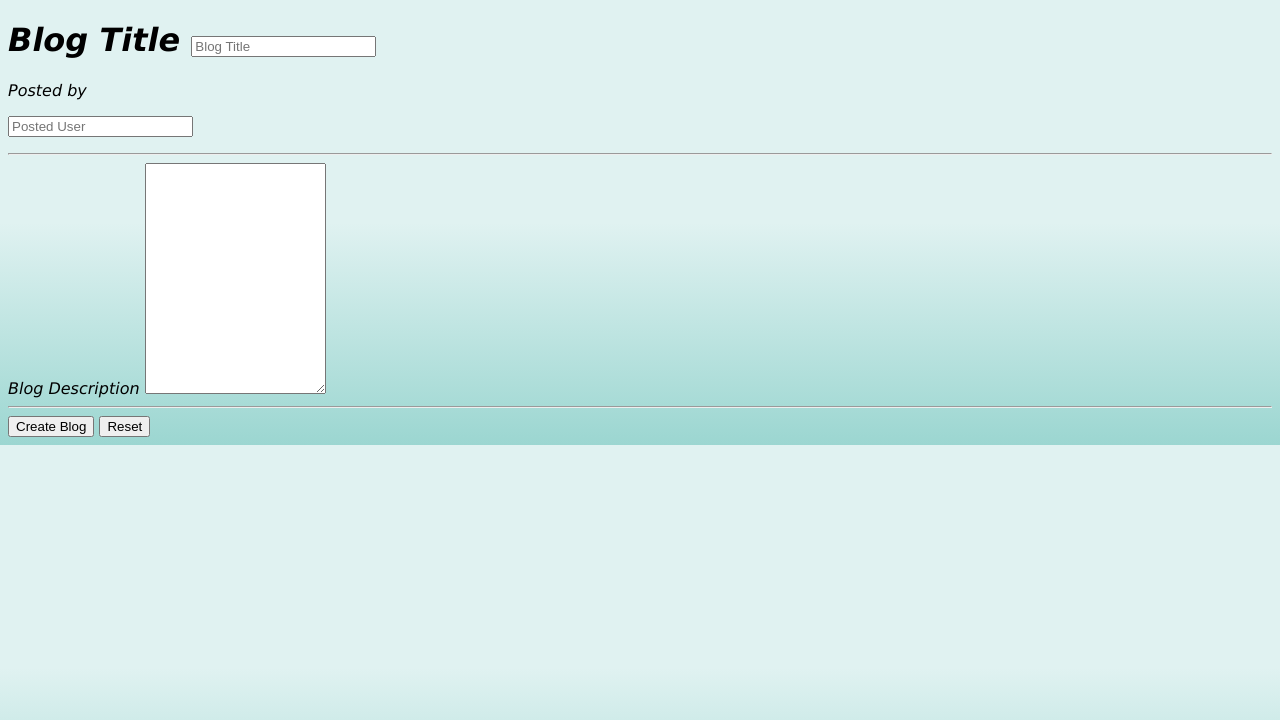
Repository: Indurupi/FriendZone
Page: FriendZoneFrontEnd/WebContent/createblog.html
These files come from the project's save history. The page is drawn as it stood at one moment and after the next save; the edit follows.
The browser window is 1280 px wide. The pictures show the whole page.

Above is the page before, as saved 2017-03-18 15:40:15.

### FriendZoneFrontEnd/WebContent/createblog.html
<!DOCTYPE html>
<html lang="en">
<meta charset="ISO-8859-1">
<head>

<meta charset="utf-8">
<meta http-equiv="X-UA-Compatible" content="IE=edge">
<meta name="viewport" content="width=device-width, initial-scale=1">
<meta name="description" content="">
<meta name="author" content="">
<title>FriendZone</title>

<!-- HTML5 Shim and Respond.js IE8 support of HTML5 elements and media queries -->
<!-- WARNING: Respond.js doesn't work if you view the page via file:// -->
<!--[if lt IE 9]>
        <script src="https://oss.maxcdn.com/libs/html5shiv/3.7.0/html5shiv.js"></script>
        <script src="https://oss.maxcdn.com/libs/respond.js/1.4.2/respond.min.js"></script>
        <![endif]-->
<style type="text/css">
body
{
background: linear-gradient(to bottom, #e0f2f1 50%, #80cbc4 120%);
font-family: Verdana, san-serif;
font-style: italic;
}
</style>

</head>

<body ng-app="friendzoneApp">
	<div ng-controller="blogcontrol as bc">
		<div class="container">
			<div class="row">
				<div class="col-lg-8">
					<form ng-submit="bc.submitblog()" method="post">

						<!-- Blog Post -->

						<!-- Title -->
						<h1>
							<div class="form-group">
								<label>Blog Title</label> <input type="text"
									class="form-control" placeholder="Blog Title"
									ng-model="bc.blog.blogTitle">
							</div>
						</h1>

						<!-- Author -->
						<p class="lead">Posted by
						<div class="form-group">
							<input type="text" class="form-control" placeholder="Posted User"
								ng-model="bc.blog.postedUser">
						</div>
						</p>

						<hr>
						<div class="form-group">
							<label>Blog Description</label>
							<textarea class="form-control" rows="15"
								ng-model="bc.blog.blogDescription"></textarea>
						</div>
						<hr>
						<button class="btn" id="custom-button" type="submit">Create
							Blog</button>
						<button class="btn" id="custom-button" ng-click="bc.reset()"
							type="reset">Reset</button>
					</form>
				</div>
			</div>
		</div>
		<!-- <div ng-repeat="blogobj in bc.blogs">
			userid:{{blogobj.userId}}<br> posteddate:{{blogobj.postedDate}}<br>
			blogid:{{blogobj.blogid}}<br> posteduser:{{blogobj.postedUser}}<br>
			blogtitle:{{blogobj.blogTitle}}<br>
			blogdescription:{{blogobj.blogDescription}}<br><br>
			<br>
		</div> -->
	</div>
</body>
</html>

After the next save:
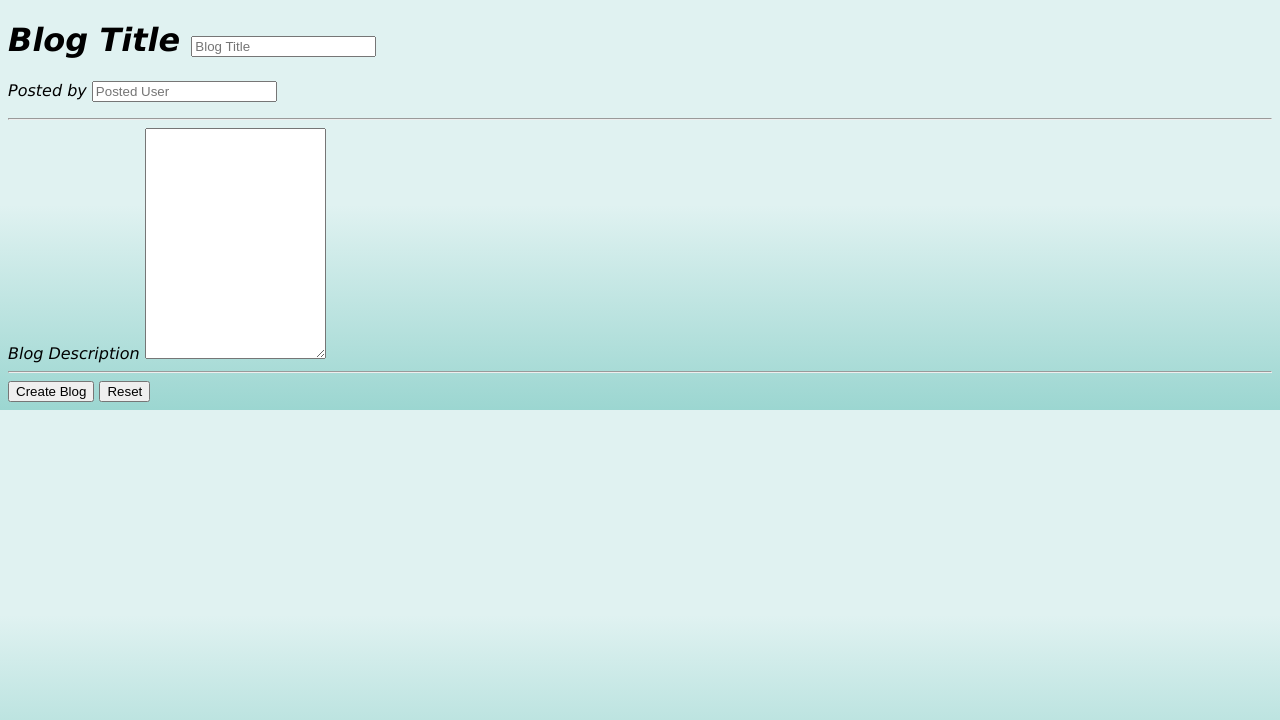
Saved 29 s later.
--- a/FriendZoneFrontEnd/WebContent/createblog.html
+++ b/FriendZoneFrontEnd/WebContent/createblog.html
@@ -46,12 +46,14 @@ font-style: italic;
 						</h1>
 
 						<!-- Author -->
+						<div class="form-group">
 						<p class="lead">Posted by
-						<div class="form-group">
+
 							<input type="text" class="form-control" placeholder="Posted User"
 								ng-model="bc.blog.postedUser">
+								</p>
 						</div>
-						</p>
+
 
 						<hr>
 						<div class="form-group">
